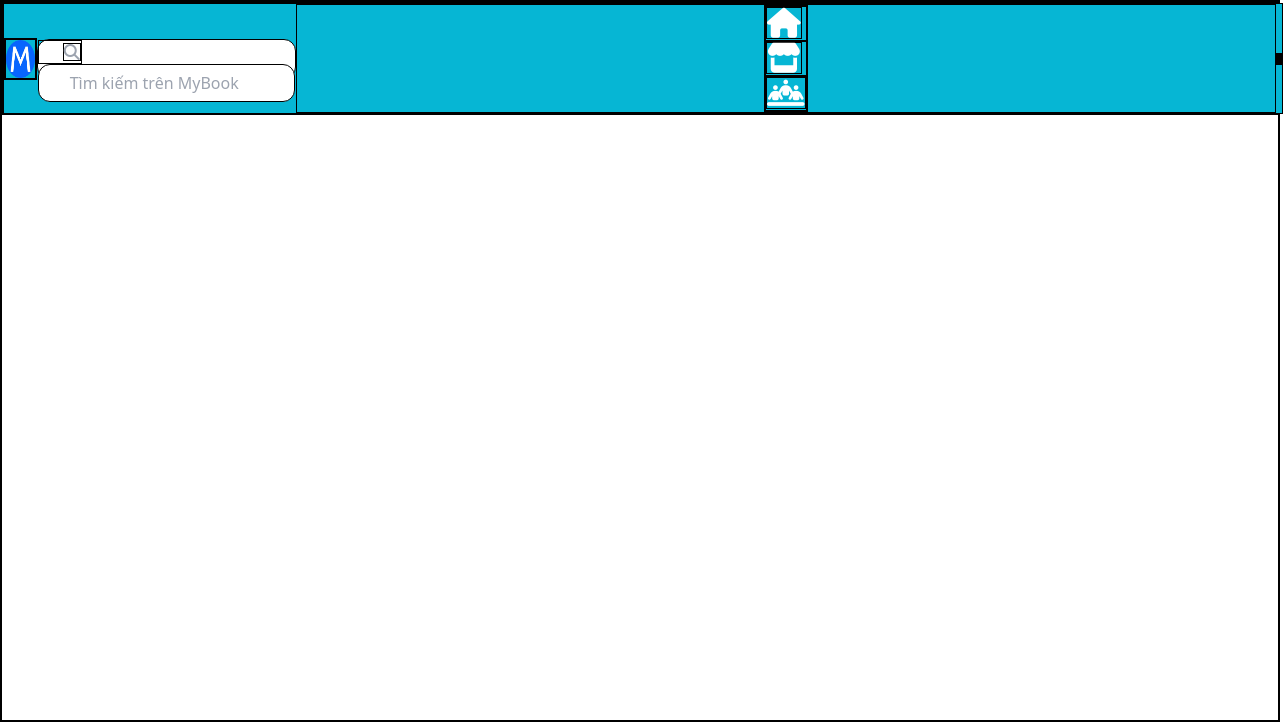
Repository: Yuukicoder/MyBook
Page: / (app in mybook/)
These files come from the project's save history. The page is drawn as it stood at one moment and after the next save; the edit follows.
The browser window is 1280 px wide. The page is 1283 px wide, so the pictures cover 1283 px, including what lies to the right of the window. The pictures show the whole page.
The project was rebuilt for these pictures with package versions that can differ from the ones it lists, and the page was loaded fresh each time.

Above is the page before, as saved 2023-12-13 12:39:34.

### mybook/src/index.js
import React from 'react';
import ReactDOM from 'react-dom/client';
import './index.css';
import App from './App';
import reportWebVitals from './reportWebVitals';

const root = ReactDOM.createRoot(document.getElementById('root'));
root.render(
  <React.StrictMode >
  <App / >
  </React.StrictMode>
);

// If you want to start measuring performance in your app, pass a function
// to log results (for example: reportWebVitals(console.log))
// or send to an analytics endpoint. Learn more: https://bit.ly/CRA-vitals
reportWebVitals();

### mybook/src/index.css
@tailwind base;
@tailwind components;
@tailwind utilities;

*{
  margin: 0;
  padding: 0;
  box-sizing: border-box;
  border: 1px solid black;
}
body{
  width: 100%;
  height: 100vh;
}

### mybook/src/App.js
import './App.css';
import '@fortawesome/fontawesome-free/css/all.min.css';

var Navbar = () =>(


    <div class="flex items-center  w-screen   bg-cyan-500">
    <div class="Navbar_icon ">
        <img class="w-10 h-10" src='iconMyBook.png' alt=""></img>
    </div>
    <div class="Navbar_search h-10 bg-white rounded-xl">
        <label class=" text-center h-full pl-6"for="">
    <i class="fa-solid fa-magnifying-glass text-gray-400" ></i>
        </label>

        <input class="rounded-xl text-center h-full pr-6" type="text" placeholder="Tìm kiếm trên MyBook"></input>
    </div>
    <div class="  Navbar_selection">
        <ul>
            <li>
            <i class="fa-solid fa-house"></i>
            </li>
            <li>
            <i class="fa-solid fa-store"></i>
            </li>
            <li> <i class="fa-solid fa-people-line"></i></li>
        </ul>
    </div>
    <div class="Navbar_option">
        <ul>
            <li></li>
            <li></li>
            <li></li>
            <li></li>
        </ul>
    </div>
    </div>
)
 var App = () =>
 <Navbar></Navbar>
export default App;

### mybook/src/App.css
.Navbar_selection ul li i{
color: white;
font-size: 30px;
}
.Navbar_selection{
display: flex;
/* align-items: center; */
justify-content: center;
  width: 100%;
}

### mybook/tailwind.config.js
/** @type {import('tailwindcss').Config} */
module.exports = {
  content: [
    "./src/**/*.{js,jsx,ts,tsx}",
  ],
  theme: {
    extend: {},
    color:{
      'text-grey':'#9ca9c9'
    }
  },
  plugins: [],
}

Loaded but not shown: mybook/public/index.html (common file); mybook/src/reportWebVitals.js (common file)

After the next save:
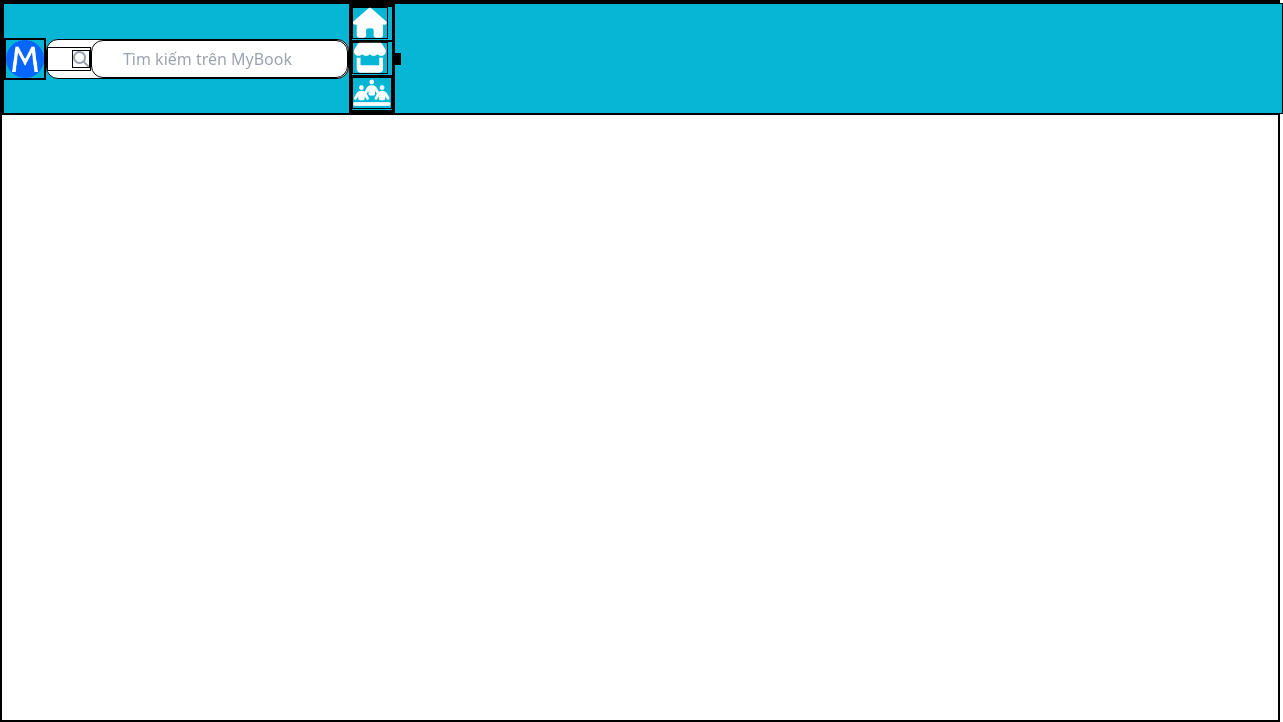
Saved 87 s later.
--- a/mybook/src/App.css
+++ b/mybook/src/App.css
@@ -3,8 +3,10 @@
 font-size: 30px;
 }
 .Navbar_selection{
-display: flex;
-/* align-items: center; */
-justify-content: center;
-  width: 100%;
+  display: flex;
+  flex-direction: row;
+  flex-wrap: nowrap;
+  justify-content: flex-start;
+  align-items: center;
+  align-content: stretch;
 }
